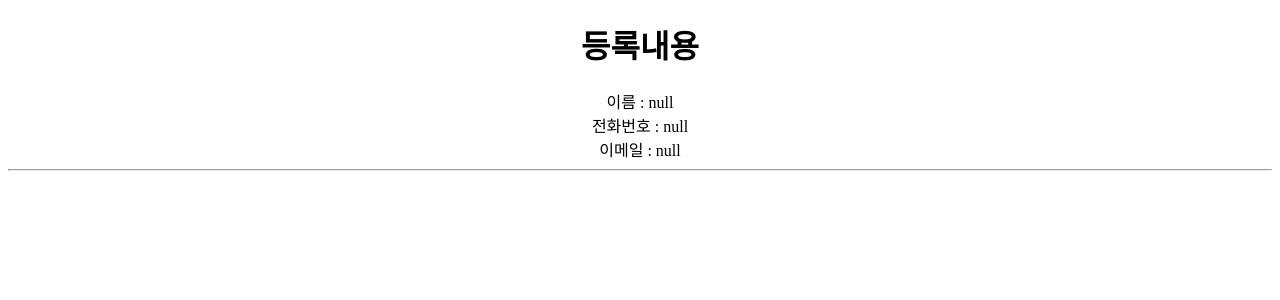
Repository: jpg723/Assignment
Page: http://localhost/LAB11/LAB11_2/register.jsp
The author's editor kept a copy of each file at every save. The page is drawn from the files as they stood at one save, then again after the next save.
The browser window is 1280 px wide. The pictures show the whole page.
The page is served by Tomcat 9. Other server files are loaded and not shown.

Above is the page before, as saved 2021-11-28 11:54:54.

### 웹프로그래밍/LAB11/src/main/webapp/LAB11_2/register.jsp
<%@ page language="java" contentType="text/html; charset=UTF-8"
    pageEncoding="UTF-8"%>
<%request.setCharacterEncoding("utf-8"); %>
<jsp:useBean id="bean" class="labhw11.LoginBean" />
<jsp:setProperty property="*" name="bean"/>
<!DOCTYPE html PUBLIC "-//W3C//DTD HTML 4.01 Transitional//EN" "http://www.w3.org/TR/html4/loose.dtd">
<html>
<head>
<meta http-equiv="Content-Type" content="text/html; charset=UTF-8">
<title>LAB11_2</title>
</head>
<body>
<div align=center>
	<h1>등록내용</h1>
	이름 : <jsp:getProperty property="id" name="bean"/><br>
	전화번호 : <jsp:getProperty property="pw" name="bean"/><br>
	이메일 : <jsp:getProperty property="email" name="bean"/><br>
	<hr>
</div>
</body>
</html>

### 웹프로그래밍/LAB11/src/main/java/labhw11/LoginBean.java
package labhw11;

public class LoginBean {
	// 프로퍼티
	private String id;
	private String pw;
	private String gender;
	private String email;
	private String birth;

	//getter / setter 메서드
	public String getId() {
		return id;
	}

	public void setId(String id) {
		this.id = id;
	}

	public String getPw() {
		return pw;
	}

	public void setPw(String pw) {
		this.pw = pw;
	}

	public String getGender() {
		return gender;
	}

	public void setGender(String gender) {
		this.gender = gender;
	}

	public String getEmail() {
		return email;
	}

	public void setEmail(String email) {
		this.email = email;
	}

	public String getBirth() {
		return birth;
	}

	public void setBirth(String birth) {
		this.birth = birth;
	}


	public boolean isGrownUp() {

		String[] dArray = birth.split("-");
		int num1 = 0, num2 = 0, age;

		for(int i = 0;i < dArray.length;i++) {

			System.out.println(dArray[i]);

			if(i == 2) {
				num1 = Integer.parseInt(dArray[i]);
				num1 = num1 * 10;
			}

			else if(i == 3) {
				num2 = Integer.parseInt(dArray[i]);
			}
		}

		age = num1 + num2;

		if(age >= 20)
			return true;
		else
			return false;

	}
}

After the next save:
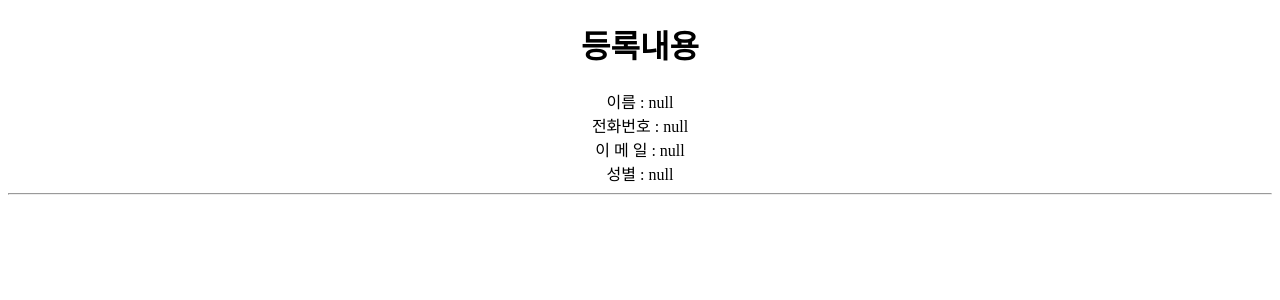
Saved 64 s later.
--- a/웹프로그래밍/LAB11/src/main/webapp/LAB11_2/register.jsp
+++ b/웹프로그래밍/LAB11/src/main/webapp/LAB11_2/register.jsp
@@ -14,7 +14,8 @@
 	<h1>등록내용</h1>
 	이름 : <jsp:getProperty property="id" name="bean"/><br>
 	전화번호 : <jsp:getProperty property="pw" name="bean"/><br>
-	이메일 : <jsp:getProperty property="email" name="bean"/><br>
+	이 메 일 : <jsp:getProperty property="email" name="bean"/><br>
+	성별 : <jsp:getProperty property="gender" name="bean"/><br>
 	<hr>
 </div>
 </body>
